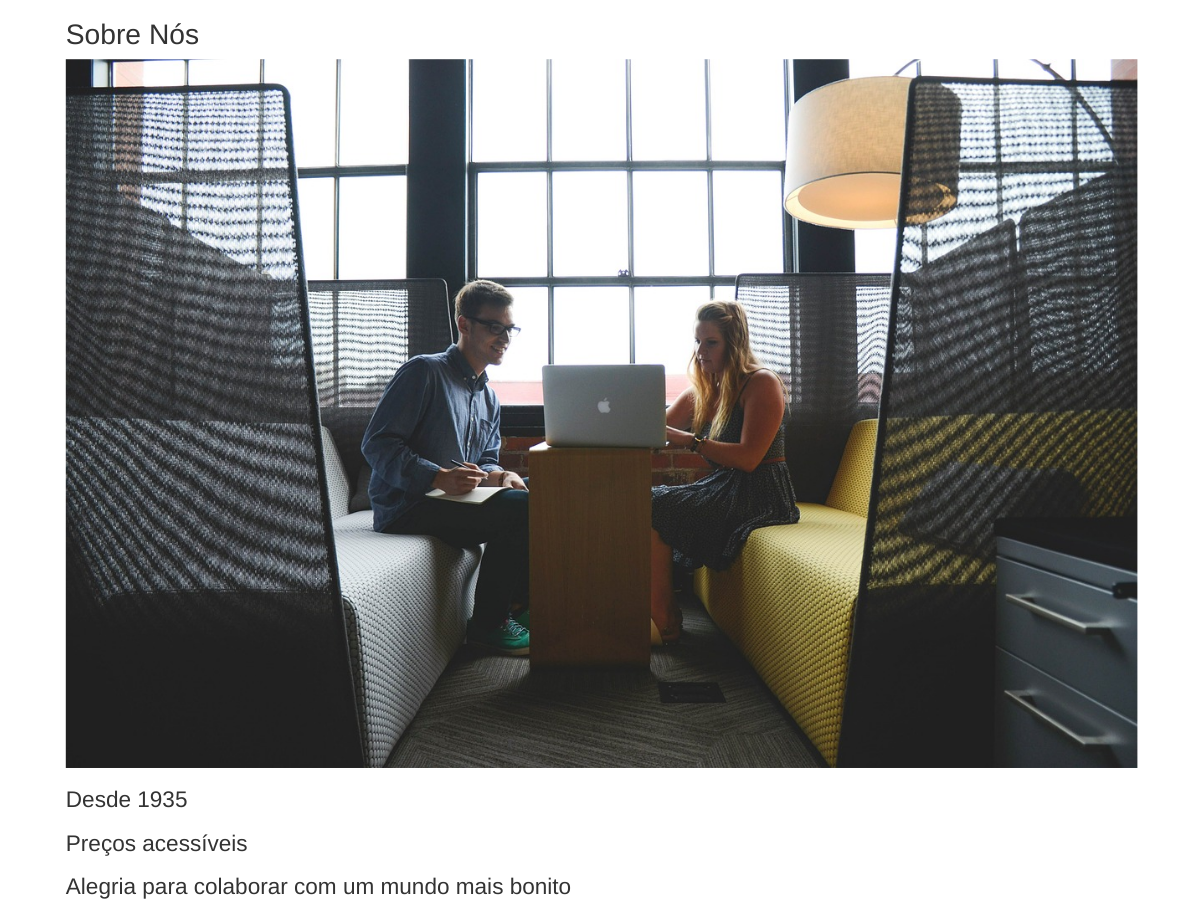
Repository: daviemer/bootstrap-alura
Page: index2.html
The author's editor kept a copy of each file at every save. The page is drawn from the files as they stood at one save, then again after the next save.
The browser window is 1280 px wide. The pictures show the whole page, at 94% of full size.

Above is the page before, as saved 2022-07-08 10:34:20.

### index2.html
<!DOCTYPE html>
<html lang="pt-br">
<head>
  <meta charset="UTF-8">
  <meta http-equiv="X-UA-Compatible" content="IE=edge">
  <meta name="viewport" content="width=device-width, initial-scale=1.0">
  <title>Document</title>
  <link rel="stylesheet" href="bootstrap/css/bootstrap.min.css" type="text/css">
</head>
<body>
  <div class="container">
    <h2>Sobre Nós</h2>
    <img class="img-responsive" src="assets/img/empresa.jpg" alt="">
    <h3 data-toggle="collapse" data-target="#primeiro-paragrafo">Desde 1935</h3>
    <p id="primeiro-paragrafo" class="collapse">A TopCasaFina arquitetura está no mercado desde</p>
    <h3 data-toggle="collapse" data-target="#segundo-paragrafo">Preços acessíveis</h3>
    <p id="segundo-paragrafo" class="collapse">A TopCasaFina arquitetura está no mercado desde</p>
    <h3 data-toggle="collapse" data-target="#terceiro-paragrafo">Alegria para colaborar com um mundo mais bonito</h3>
    <p id="terceiro-paragrafo" class="collapse">A TopCasaFina arquitetura está no mercado desde</p>
  </div>
<script src="jquery.js"></script>
<script src="bootstrap/js/bootstrap.min.js"></script>
</body>
</html>

Loaded but not shown: bootstrap/css/bootstrap.min.css (library); jquery.js (library); bootstrap/js/bootstrap.min.js (library)

After the next save:
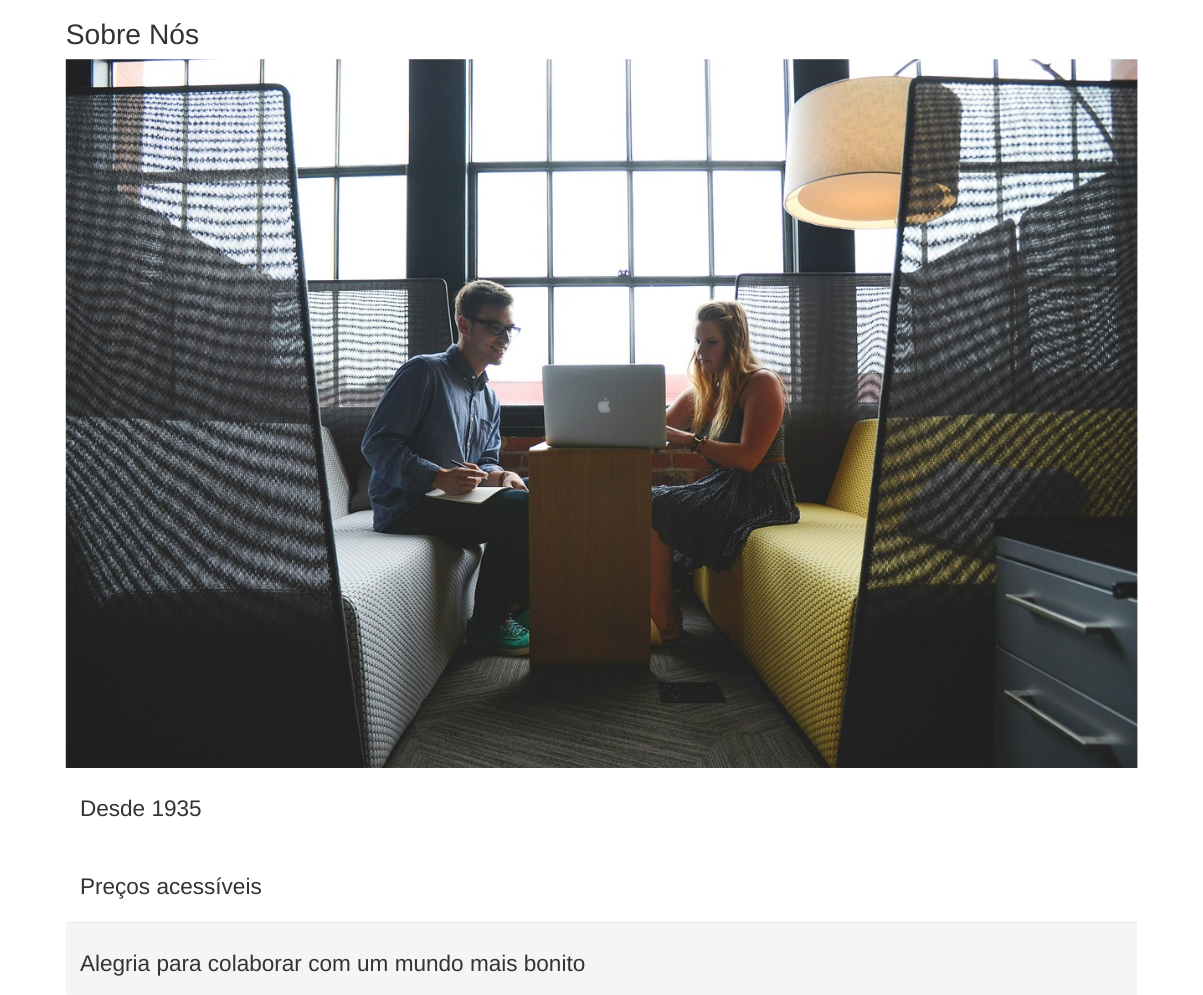
Saved 5 min 23 s later.
--- a/index2.html
+++ b/index2.html
@@ -11,12 +11,19 @@
   <div class="container">
     <h2>Sobre Nós</h2>
     <img class="img-responsive" src="assets/img/empresa.jpg" alt="">
-    <h3 data-toggle="collapse" data-target="#primeiro-paragrafo">Desde 1935</h3>
-    <p id="primeiro-paragrafo" class="collapse">A TopCasaFina arquitetura está no mercado desde</p>
-    <h3 data-toggle="collapse" data-target="#segundo-paragrafo">Preços acessíveis</h3>
-    <p id="segundo-paragrafo" class="collapse">A TopCasaFina arquitetura está no mercado desde</p>
-    <h3 data-toggle="collapse" data-target="#terceiro-paragrafo">Alegria para colaborar com um mundo mais bonito</h3>
-    <p id="terceiro-paragrafo" class="collapse">A TopCasaFina arquitetura está no mercado desde</p>
+    <div class="panel-heading">
+      <h3 data-toggle="collapse" data-target="#primeiro-paragrafo">Desde 1935</h3>
+      <p id="primeiro-paragrafo" class="collapse">A TopCasaFina arquitetura está no mercado desde</p>
+    </div>
+    <div class="panel-body">
+      <h3 data-toggle="collapse" data-target="#segundo-paragrafo">Preços acessíveis</h3>
+      <p id="segundo-paragrafo" class="collapse">A TopCasaFina arquitetura está no mercado desde</p>
+    </div>
+    <div class="panel-footer">
+      <h3 data-toggle="collapse" data-target="#terceiro-paragrafo">Alegria para colaborar com um mundo mais bonito</h3>
+      <p id="terceiro-paragrafo" class="collapse">A TopCasaFina arquitetura está no mercado desde</p>
+    </div>
+
   </div>
 <script src="jquery.js"></script>
 <script src="bootstrap/js/bootstrap.min.js"></script>
